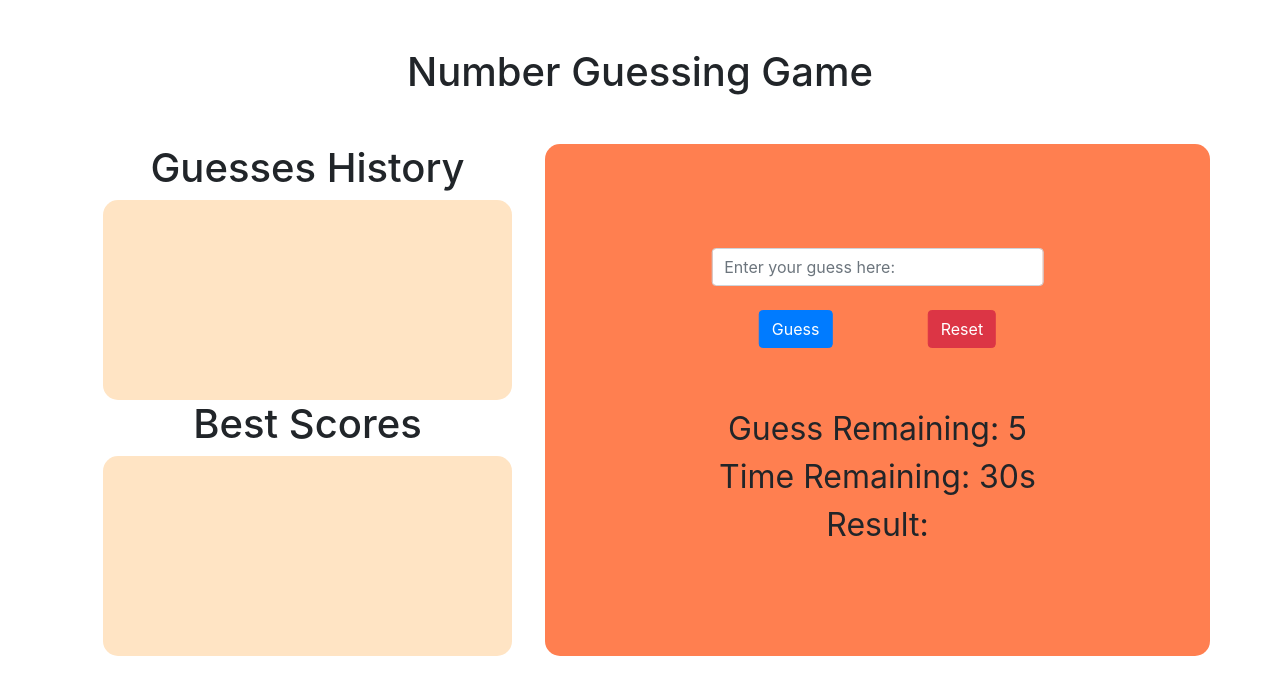
Repository: tts2610/NumberGuessingGame
Page: index.html
An editor plug-in stored every save of this project. The page is shown before and after the next save, followed by the edit.
The browser window is 1280 px wide. The pictures show the whole page.
After loading, the first visible `#startGameBtn` was clicked once.

Above is the page before, as saved 2020-05-13 13:18:22.

After the next save:
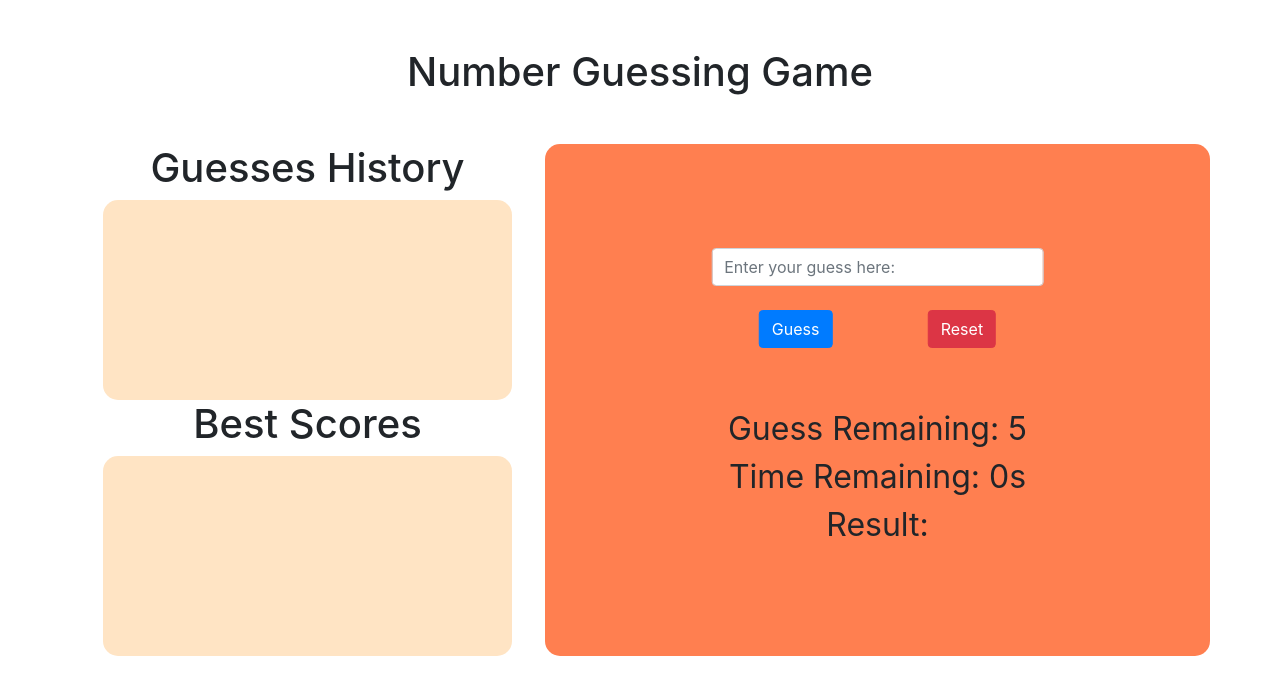
Saved 70 s later.
--- a/js/script.js
+++ b/js/script.js
@@ -20,7 +20,11 @@ $(document).ready(function() {
 
 function startGame() {
     if (div.style.display === "none") {
-        secondRemaining.textContent = second;
+        while (secondRemaining.textContent != "0") {
+            second--;
+            secondRemaining.textContent = second;
+        }
+
         guessRemaining.textContent = guess;
         div.style.display = "block";
         startGameBtn.style.display = "none";
